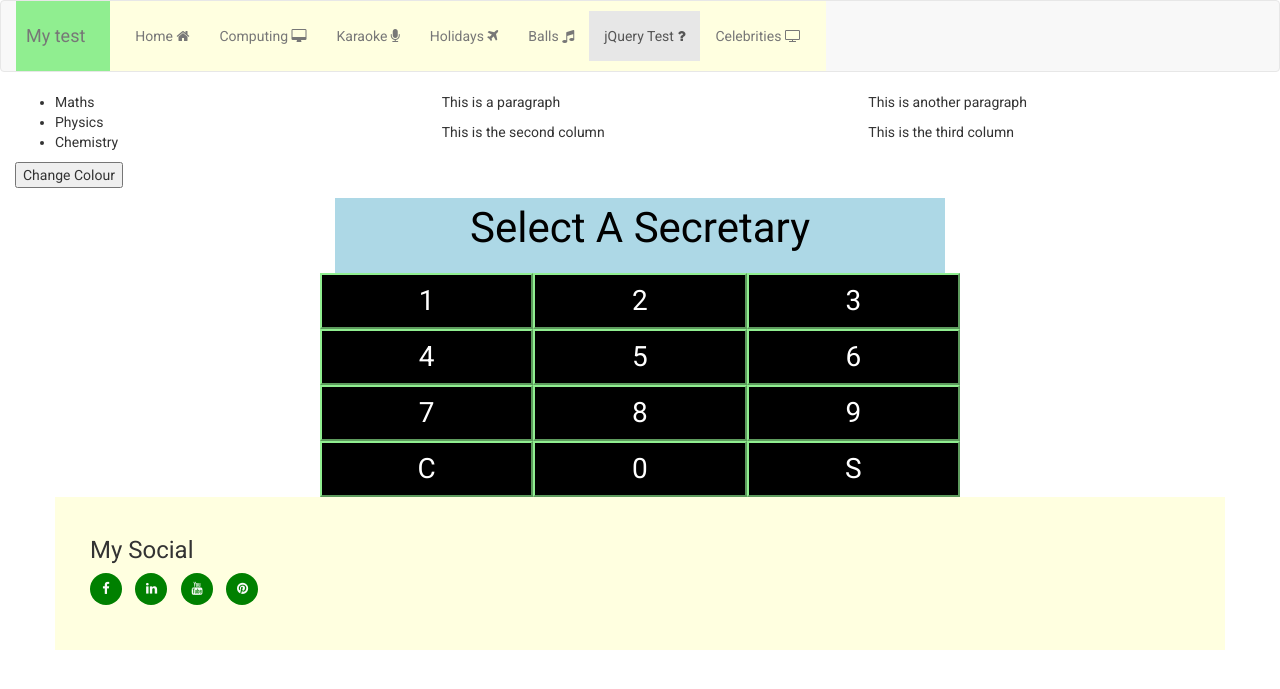
Repository: derektypist/bootstrap
Page: jquerydemo.html
The author's editor kept a record of every edit. The page is drawn from the files as they stood at one moment, then again after the next edit.
The browser window is 1280 px wide. The pictures show the whole page.
The pointer rests on the first visible `button`.
Some web libraries are served in a nearby version.

Above is the page before.

After the next edit:
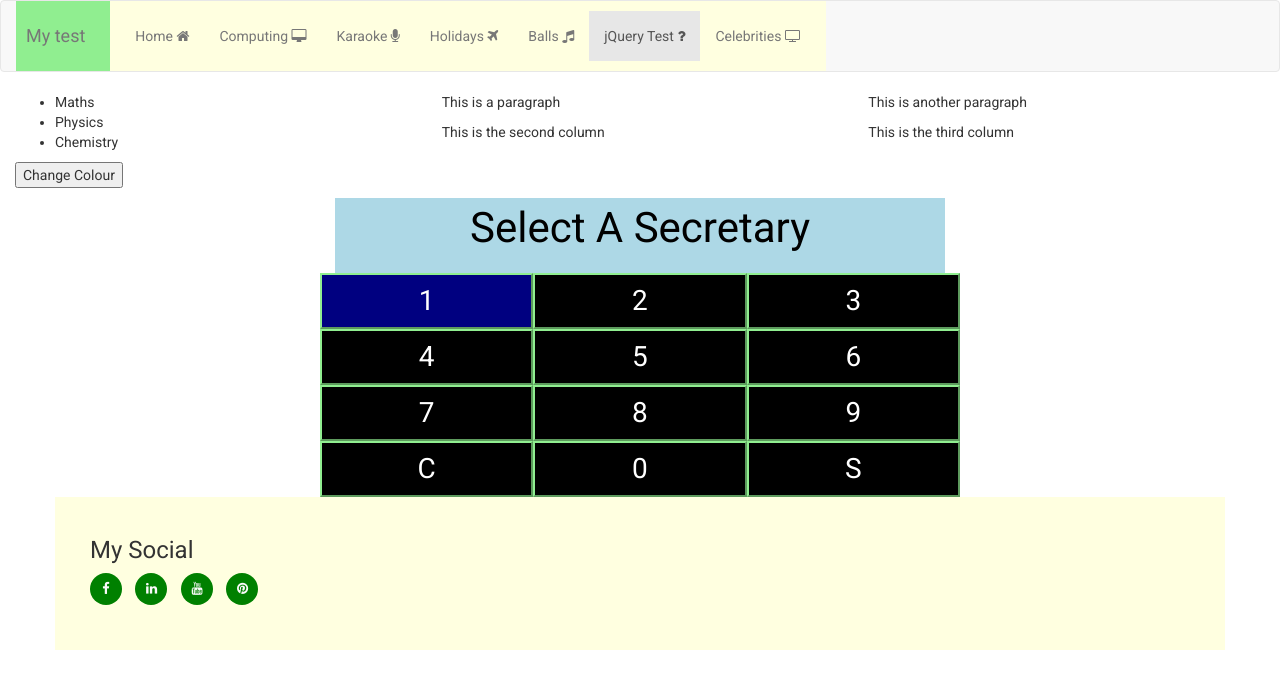
The edit:
--- a/style.css
+++ b/style.css
@@ -143,3 +143,7 @@ footer {
 button {
     width: 33.333%;
 }
+
+button:hover {
+    background-color: navy;
+}
